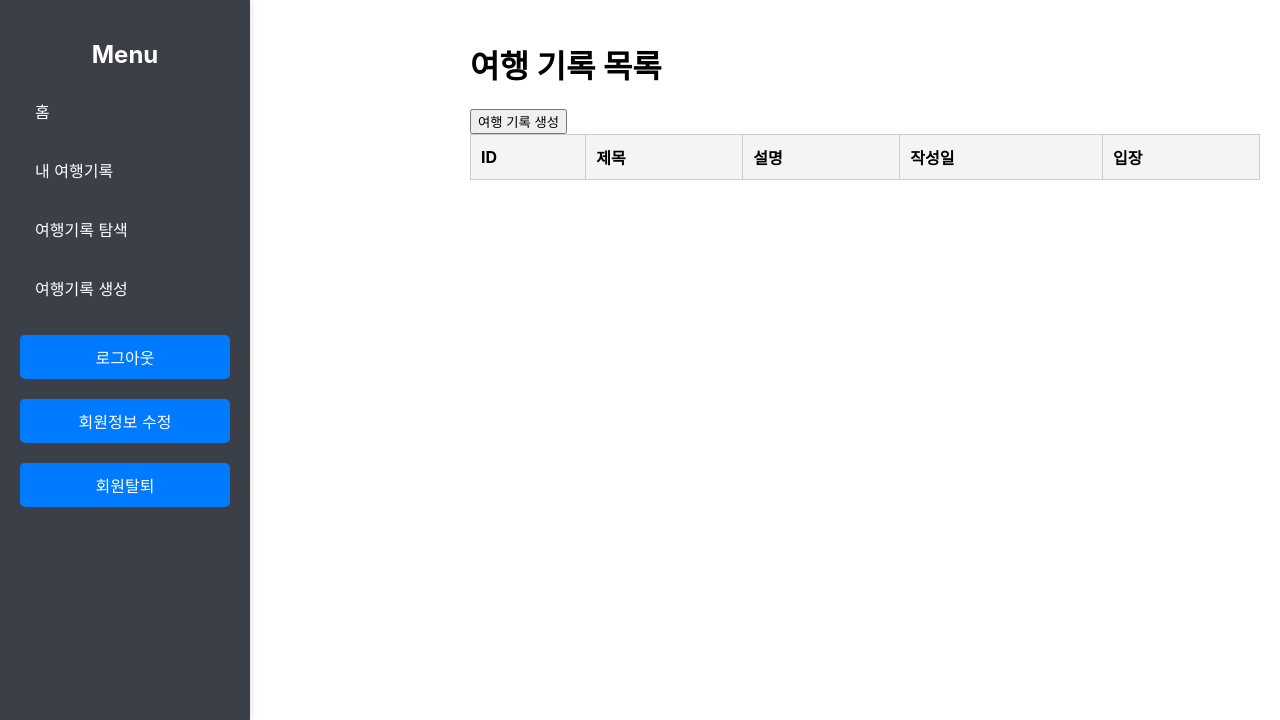
Repository: gimm5550/frontend2
Page: /mainlist
The author's editor kept a copy of each file at every save. The page is drawn from the files as they stood at one save, then again after the next save.
The browser window is 1280 px wide. The pictures show the whole page.
The page's requests for data from a server got no answer. The project was rebuilt for these pictures with package versions that can differ from the ones it lists, and the page was loaded fresh each time. No one was signed in, and anything a server would have sent is missing. Also part of the build but not shown: src/url.js, src/components/common/KakaoLoginButton.js, src/components/FromServer.js, src/components/common/Footer.js, src/components/common/Header.js, src/components/layout/LandingPageLayout.js, src/components/LoginForm.js, src/components/layout/LoginFormLayout.js and 22 more.

Above is the page before, as saved 2024-11-20 17:30:39.

### public/index.html
<!DOCTYPE html>
<html lang="en">
  <head>
    <meta charset="utf-8" />
    <link rel="icon" href="%PUBLIC_URL%/favicon.ico" />
    <meta name="viewport" content="width=device-width, initial-scale=1" />
    <meta name="theme-color" content="#000000" />
    <meta
      name="description"
      content="Web site created using create-react-app"
    />
    <link rel="apple-touch-icon" href="%PUBLIC_URL%/logo192.png" />
    <!--
      manifest.json provides metadata used when your web app is installed on a
      user's mobile device or desktop. See https://developers.google.com/web/fundamentals/web-app-manifest/
    -->
    <link rel="manifest" href="%PUBLIC_URL%/manifest.json" />
    <!--
      Notice the use of %PUBLIC_URL% in the tags above.
      It will be replaced with the URL of the `public` folder during the build.
      Only files inside the `public` folder can be referenced from the HTML.

      Unlike "/favicon.ico" or "favicon.ico", "%PUBLIC_URL%/favicon.ico" will
      work correctly both with client-side routing and a non-root public URL.
      Learn how to configure a non-root public URL by running `npm run build`.
    -->
    <title>React App</title>
    <script src="https://developers.kakao.com/sdk/js/kakao.min.js"></script> <!-- 카카오 SDK 추가 -->
  </head>
  <body>
    <noscript>You need to enable JavaScript to run this app.</noscript>
    <div id="root"></div>
    <!--
      This HTML file is a template.
      If you open it directly in the browser, you will see an empty page.

      You can add webfonts, meta tags, or analytics to this file.
      The build step will place the bundled scripts into the <body> tag.

      To begin the development, run `npm start` or `yarn start`.
      To create a production bundle, use `npm run build` or `yarn build`.
    -->
  </body>
</html>

### src/index.js
import React from 'react';
import ReactDOM from 'react-dom/client';
import './index.css';
import App from './App';
import reportWebVitals from './reportWebVitals';
import { BrowserRouter } from 'react-router-dom';
// 카카오 SDK 초기화
if (window.Kakao) {
  window.Kakao.init("629a046bf0fa611328bd69bc1571aa3a"); // 카카오 JavaScript 키로 SDK 초기화
  console.log("Kakao SDK initialized:", window.Kakao.isInitialized());
}
const root = ReactDOM.createRoot(document.getElementById('root'));
root.render(
  <React.StrictMode>
    <BrowserRouter>
      <App />
    </BrowserRouter>
  </React.StrictMode>
);

// If you want to start measuring performance in your app, pass a function
// to log results (for example: reportWebVitals(console.log))
// or send to an analytics endpoint. Learn more: https://bit.ly/CRA-vitals
reportWebVitals();

### src/App.js
import React from 'react';
import './App.css';
import { Route, Routes, useLocation } from 'react-router-dom';
import LandingPageLayout from './components/layout/LandingPageLayout';
import routes from './routes';
import { AuthProvider } from './AuthContext'; // AuthProvider import
import MenuBar from "./components/common/MenuBar";

function App() {
  const location = useLocation(); // React Router의 useLocation 훅 사용

  const getRoutes = (allRoutes) =>
    allRoutes.map((route) => {
      if (route.route) {
        return (
          <Route
            exact
            path={route.route}
            element={route.component}
            key={route.key}
          />
        );
      }
      return null;
    });
  // 로그인 페이지 여부 확인
  const isLoginPage = location.pathname === '/login';

  return (
    <div className="App">
      <AuthProvider>
        {/* Flexbox 컨테이너 */}
        <div className="layout">
          <div class="menu-bar">
            <MenuBar></MenuBar>
          </div>
          {/* 오른쪽 본문 */}
          <div className="main-content1" style={{
              width: isLoginPage ? '100%' : 'calc(100% - 200px)', // 메뉴바가 없을 때는 전체 폭 사용
              marginLeft: isLoginPage ? '0' : '200px', // 메뉴바가 없을 때는 여백 제거
            }}
>
            <Routes>
              {getRoutes(routes)}
              <Route path="*" element={<LandingPageLayout />} />
            </Routes>
          </div>
        </div>
      </AuthProvider>
    </div>
  );
}

export default App;

### src/App.css
/* 전체 Flexbox 레이아웃 */
.layout {
  display: flex; /* 메뉴바와 본문을 가로로 배치 */
  height: 100vh; /* 전체 화면 높이 */
  margin: 0;
  padding: 0;
  overflow: hidden; /* 스크롤바 숨김 */
}

/* 메뉴바 스타일 */
.menu-bar {
  flex-shrink: 0; /* 고정된 크기 유지 */
  width: 250px; /* 메뉴바 너비 */
  height: 100vh; /* 메뉴바 높이를 화면 전체에 맞춤 */
  background-color: #3b3f47; /* 메뉴바 배경색 */
  box-shadow: 2px 0 5px rgba(0, 0, 0, 0.1); /* 그림자 효과 */
  overflow: hidden; /* 스크롤바 완전히 제거 */
  box-sizing: border-box; /* 패딩 포함 크기 계산 */
  position: relative; /* Flexbox 레이아웃 안에서 위치 고정 */
  z-index: 10; /* 다른 요소 위에 배치 */
  color: #ffffff; /* 메뉴바 텍스트 색상 */
  display: flex;
  flex-direction: column; /* 항목을 세로로 정렬 */
  align-items: center; /* 항목을 왼쪽 정렬 */
  padding: 20px; /* 내부 여백 */
}

/* 메뉴 제목 스타일 */
.menu-bar h3 {
  margin: 0;
  padding: 0;
  font-size: 1.5rem;
  font-weight: bold;
  color: #ffffff; /* 제목 텍스트 색상 */
  margin-bottom: 20px; /* 아래 여백 추가 */
}

/* 메뉴 아이템 리스트 */
.menu-bar ul {
  list-style: none; /* 기본 리스트 스타일 제거 */
  padding: 0;
  margin: 0;
  width: 100%; /* 메뉴 리스트가 메뉴바의 전체 너비를 사용 */
}

/* 메뉴 아이템 스타일 */
.menu-bar ul li {
  margin-bottom: 15px; /* 각 메뉴 항목 간격 */
}

.menu-bar ul li a {
  text-decoration: none; /* 링크 밑줄 제거 */
  color: #ffffff; /* 링크 텍스트 색상 */
  font-size: 1rem;
  padding: 10px 15px; /* 링크 내부 여백 */
  border-radius: 5px; /* 링크 모서리를 둥글게 */
  display: block; /* 블록 요소로 설정 */
  transition: background-color 0.3s ease; /* 배경색 전환 효과 */
}

.menu-bar ul li a:hover {
  background-color: #5c5f67; /* 호버 시 배경색 변경 */
  color: #ffffff; /* 호버 시 텍스트 색상 유지 */
}

/* 메뉴바 버튼 스타일 */
.menu-bar button {
  width: 100%; /* 버튼이 메뉴바의 전체 너비를 사용 */
  margin: 10px 0; /* 버튼 간격 */
  padding: 10px 15px; /* 버튼 내부 여백 */
  font-size: 1rem;
  color: #ffffff; /* 버튼 텍스트 색상 */
  background-color: #007bff; /* 기본 배경색 (파란색) */
  border: none; /* 테두리 제거 */
  border-radius: 5px; /* 모서리를 둥글게 */
  cursor: pointer; /* 마우스 포인터 변경 */
  transition: background-color 0.3s ease; /* 배경색 전환 효과 */
}

.menu-bar button:hover {
  background-color: #0056b3; /* 호버 시 배경색 어둡게 */
}

/* 본문 영역 스타일 */
.main-content1 {
  flex: 1; /* 남은 공간을 유동적으로 채움 */
  overflow-y: auto; /* 세로 스크롤 허용 */
  padding: 20px; /* 내부 여백 */
  background-color: #ffffff; /* 본문 배경색 */
  box-sizing: border-box; /* 패딩 포함 크기 계산 */
}

/* 여백 제거 */
body, html {
  margin: 0;
  padding: 0;
  width: 100%;
  height: 100%;
}
.comments-section {
  margin: 20px auto;
  max-width: 10000px;
  padding: 20px;
  background-color: #f9f9f9;
  border-radius: 10px;
  box-shadow: 0 4px 10px rgba(0, 0, 0, 0.1);
}

.comments-title {
  font-size: 1.5rem;
  margin-bottom: 10px;
  color: #333;
}

.comments-list {
  list-style: none;
  padding: 0;
  margin: 0;
}

.comment-item {
  margin-bottom: 15px;
  padding: 10px;
  background: #fff;
  border-radius: 8px;
  box-shadow: 0 2px 5px rgba(0, 0, 0, 0.1);
}

.comment-header {
  display: flex;
  justify-content: space-between;
  margin-bottom: 5px;
  font-size: 0.9rem;
  color: #555;
}

.comment-author {
  font-weight: bold;
}

.comment-timestamp {
  font-size: 0.8rem;
  color: #999;
}

.comment-content {
  font-size: 1rem;
  color: #333;
  margin: 0;
}

.comment-form {
  display: flex;
  flex-direction: column;
  gap: 10px;
  margin-top: 20px;
}

.comment-input,
.comment-textarea {
  width: 100%;
  padding: 10px;
  border: 1px solid #ccc;
  border-radius: 5px;
  font-size: 1rem;
  background: #fff;
}

.comment-input:focus,
.comment-textarea:focus {
  outline: none;
  border-color: #007bff;
}

.comment-submit-button {
  align-self: flex-end;
  padding: 10px 20px;
  background-color: #007bff;
  color: white;
  border: none;
  border-radius: 5px;
  cursor: pointer;
  font-size: 1rem;
  transition: background-color 0.3s ease;
}

.comment-submit-button:hover {
  background-color: #0056b3;
}
.map-container {
  display: flex;
  width: 100%;
  height: 100vh; /* 화면 전체 높이 */
}

.google_map {
  flex: 1; /* 지도는 가변적으로 남은 공간을 차지 */
  height: 100%;
}

.place_info {
  width: 300px; /* 고정된 너비 */
  background-color: #f9f9f9;
  display: flex;
  justify-content: center;
  align-items: center;
  border-left: 1px solid #ccc; /* 지도와 구분선을 추가 */
  padding: 20px;
  box-sizing: border-box;
}

### src/routes.js
import LoginFormLayout from "./components/layout/LoginFormLayout";
import UserDetailLayout from "./components/layout/UserDetailLayout";
import RegisterFormLayout from "./components/layout/RegisterFormLayout";
import MainListLayout from "./components/layout/MainListLayout"; // community_detail
import CommunityDetailLauout from "./components/layout/community_detailLayout";
import NewCommunityLayout from "./components/layout/NewCommunityLayout";
import CommunityViewLayout from "./components/layout/CommunityViewLayout"; // AdminClient
import AdminClientLayout from "./components/layout/AdminClientLayout";
import EditFormLayout from "./components/layout/EditFormLayout";
import GoogleMapLayout from "./components/layout/GoogleMapLayout"; // MyTravelLayout
import MyTravelLayout from "./components/layout/MyTravelLayout";
import MyTravelLayout_BypolylineId from "./components/layout/MyTravelLayout_BypolylineId";
import TravelLayout from "./components/layout/TravelLayout";
const routes = [
    {
        name:"UserDetail",
        key:"userDetail",
        route:"/user-detail/:userId",
        component:<UserDetailLayout></UserDetailLayout>
    },
    {
        name:"LoginForm",
        key:"loginForm",
        route:"/login",
        component:<LoginFormLayout></LoginFormLayout>
    },
    {
        name:"RegisterForm",
        key:"RegisterForm",
        route:"/register",
        component:<RegisterFormLayout></RegisterFormLayout>
    },
    {
        name:"MainList",
        key:"MainList",
        route:"/mainlist",
        component:<MainListLayout></MainListLayout>
    },
    {
        name:"community_detail",
        key:"community_detail",
        route:"/community_detail",
        component:<CommunityDetailLauout></CommunityDetailLauout>
    },
    {
        name:"new_community",
        key:"new_community",
        route:"/new_community",
        component:<NewCommunityLayout></NewCommunityLayout>
    },
    {
        name:"CommunityView",
        key:"CommunityView",
        route:"/CommunityView",
        component:<CommunityViewLayout></CommunityViewLayout>
    },
    {
        name: "CommunityView",
        key: "communityView",
        route: "/CommunityView/:id", // ID를 URL 매개변수로 받도록 수정
        component: <CommunityViewLayout></CommunityViewLayout>
    },
    {
        name: "AdminClient",
        key: "AdminClient",
        route: "/AdminClient/:id", // ID를 URL 매개변수로 받도록 수정
        component: <AdminClientLayout></AdminClientLayout>
    },
    {
        name: "community_detail",
        key: "community_detail",
        route: '/community_detail/:id', // ID를 URL 매개변수로 받도록 수정
        component: <CommunityDetailLauout></CommunityDetailLauout>
    },
    {
        name: "new_community",
        key: "new_community",
        route: '/new_community/:id', // ID를 URL 매개변수로 받도록 수정 `/CommunityView/${id}/${communityId}`
        component: <NewCommunityLayout></NewCommunityLayout>
    },
    {
        name: "new_community",
        key: "new_community",
        route: '/CommunityView/:id/:communityId',
        component: <CommunityViewLayout></CommunityViewLayout>
    },
    {
        name:"EditForm",
        key:"EditForm",
        route:"/edit_info",
        component:<EditFormLayout></EditFormLayout>
    },
    {
        name:"GoogleMap",
        route: "/GoogleMap",
        component: <GoogleMapLayout />, // GoogleMapLayout 컴포넌트 연결
        key: "google-map",
    },
    {
        name:"MyTravel",
        route: "/MyTravel",
        component: <MyTravelLayout />, // GoogleMapLayout 컴포넌트 연결
        key: "MyTravel",
    },
    {
        name:"MyTravel_BypolylineId",
        route: "/MyTravel/:polylineId",
        component: <MyTravelLayout_BypolylineId />, // GoogleMapLayout 컴포넌트 연결
        key: "MyTravel_BypolylineId",
    },
    {
        name:"Travel",
        route: "/Travel",
        component: <TravelLayout />, // GoogleMapLayout 컴포넌트 연결
        key: "Travel",
    },
]
export default routes;

### src/AuthContext.js
import React, { createContext, useContext, useState } from 'react';

const AuthContext = createContext();

export const AuthProvider = ({ children }) => {
    const [user, setUser] = useState(null); // 로그인한 사용자 정보를 저장할 상태

    const login = (userData) => {
        setUser(userData); // 로그인 시 사용자 정보 저장
    };

    const logout = () => {
        setUser(null); // 로그아웃 시 사용자 정보 초기화
    };

    return (
        <AuthContext.Provider value={{ user, login, logout }}>
            {children}
        </AuthContext.Provider>
    );
};

// 사용자 정보를 가져오는 커스텀 훅
export const useAuth = () => {
    return useContext(AuthContext);
};

### src/components/common/MenuBar.js
import React, { useState, useEffect } from "react";
import { Link } from "react-router-dom";
import "../../App.css";
import { useNavigate } from "react-router-dom";
import api from "../../api";

const MenuBar = () => {
  const [isMenuOpen, setIsMenuOpen] = useState(true);
  const [user, setUser] = useState(null);
  const navigate = useNavigate();

  const handleLogout = () => {
    console.log("로그아웃 처리");
    localStorage.removeItem("user");
    navigate("/login");
  };

  useEffect(() => {
    const userData = JSON.parse(localStorage.getItem("user"));
    setUser(userData);
  }, []);

  const handleEditProfile = () => {
    console.log("회원정보 수정 페이지로 이동");
    navigate("/edit_info");
  };

  const handleDelete = () => {
    if (window.confirm("정말로 회원탈퇴를 하시겠습니까?")) {
      console.log("회원탈퇴 진행 중...");
      api
        .deleteUser(user.id)
        .then((response) => {
          console.log("회원탈퇴 성공:", response.data);
          alert("회원탈퇴가 완료되었습니다.");
          localStorage.removeItem("user");
          navigate("/login");
        })
        .catch((error) => {
          console.error("회원탈퇴 실패:", error);
          alert("회원탈퇴 처리 중 오류가 발생했습니다.");
        });
    }
  };

  return (
    <>
      {isMenuOpen && (
        <div className="menu-bar">
          <h3 className="menu-title">Menu</h3>
          <ul className="menu-list">
            <li className="menu-item">
              <Link to="/mainlist">홈</Link>
            </li>
            <li className="menu-item">
              <Link to="/MyTravel">내 여행기록</Link>
            </li>
            <li className="menu-item">
              <Link to="/Travel">여행기록 탐색</Link>
            </li>
            <li className="menu-item">
              <Link to="/GoogleMap">여행기록 생성</Link>
            </li>
          </ul>
          <button onClick={handleLogout}>로그아웃</button>
          <button onClick={handleEditProfile}>회원정보 수정</button>
          <button onClick={handleDelete}>회원탈퇴</button>
        </div>
      )}
    </>
  );
};

export default MenuBar;

### src/components/layout/CommonLayout.js
import Footer from "../common/Footer";
import Header from "../common/Header";
import MenuBar from "../common/MenuBar"; // MenuBar 컴포넌트 추가
// <MenuBar />
export default function CommonLayout({ children }) {
  return (
    <div className="common-layout">
      <div className="main-content2">
        {children}
      </div>
    </div>
  );
}

### src/components/layout/MainListLayout.js
import MainList from "../MainList";
import CommonLayout from "./CommonLayout";
export default function MainListLayout(){
    return<div>
            <CommonLayout>
                <MainList></MainList>
            </CommonLayout>
        </div>

}

### src/MainList.css
table {
    width: 100%;
    border-collapse: collapse; /* 경계선 겹치지 않도록 설정 */
}

th, td {
    border: 1px solid #ccc; /* 테두리 색상 */
    padding: 10px; /* 여백 */
    text-align: left; /* 왼쪽 정렬 */
}

th {
    background-color: #f4f4f4; /* 헤더 배경색 */
}

tr:hover {
    background-color: #f1f1f1; /* 마우스 오버 시 배경색 */
}
.popup-overlay {
    position: fixed;
    top: 0;
    left: 0;
    right: 0;
    bottom: 0;
    background: rgba(0, 0, 0, 0.5); /* 반투명 배경 */
    display: flex;
    justify-content: center;
    align-items: center;
    z-index: 1000; /* 다른 요소들 위에 위치하게 */
}

.popup {
    background: white;
    padding: 20px;
    border-radius: 5px;
    box-shadow: 0 2px 10px rgba(0, 0, 0, 0.1);
}

label {
    display: block;
    margin-bottom: 10px;
}

input {
    width: 100%;
    padding: 8px;
    margin-top: 5px;
    box-sizing: border-box; /* padding 포함해서 사이즈 조정 */
}
/* MainList.css */

/* 전체 컨테이너 스타일 */
.community-view {
    max-width: 800px; /* 최대 너비 */
    margin: 20px auto; /* 중앙 정렬 */
    padding: 20px; /* 안쪽 여백 */
    border: 1px solid #e0e0e0; /* 테두리 */
    border-radius: 8px; /* 모서리 둥글게 */
    background-color: #ffffff; /* 배경색 */
    box-shadow: 0 2px 10px rgba(0, 0, 0, 0.1); /* 그림자 */
}

/* 제목 스타일 */
.community-view h1 {
    font-size: 2rem; /* 큰 제목 크기 */
    color: #333; /* 제목 색상 */
    margin-bottom: 15px; /* 아래 여백 */
}

/* 부제목 스타일 */
.community-view h2 {
    font-size: 1.5rem; /* 부제목 크기 */
    color: #555; /* 부제목 색상 */
    margin: 10px 0; /* 위아래 여백 */
}

/* 본문 스타일 */
.community-view p {
    font-size: 1rem; /* 본문 크기 */
    color: #666; /* 본문 색상 */
    line-height: 1.5; /* 줄 간격 */
    margin-bottom: 20px; /* 아래 여백 */
}

/* 댓글 목록 스타일 */
.community-view ul {
    list-style-type: none; /* 기본 목록 스타일 제거 */
    padding: 0; /* 기본 여백 제거 */
}

.community-view li {
    background-color: #f9f9f9; /* 댓글 배경 색상 */
    border: 1px solid #e0e0e0; /* 댓글 테두리 */
    border-radius: 5px; /* 댓글 모서리 둥글게 */
    padding: 10px; /* 댓글 안쪽 여백 */
    margin-bottom: 10px; /* 댓글 사이 여백 */
}

/* 댓글 작성 입력창 스타일 */
.community-view input[type="text"] {
    width: 100%; /* 너비 100% */
    padding: 10px; /* 안쪽 여백 */
    border: 1px solid #ccc; /* 테두리 */
    border-radius: 5px; /* 모서리 둥글게 */
    margin-bottom: 10px; /* 아래 여백 */
}

/* 댓글 추가 버튼 스타일 */
.community-view button {
    padding: 10px 15px; /* 안쪽 여백 */
    background-color: #4CAF50; /* 버튼 배경 색상 */
    color: white; /* 글자 색상 */
    border: none; /* 테두리 없음 */
    border-radius: 5px; /* 모서리 둥글게 */
    cursor: pointer; /* 마우스 커서 */
    transition: background-color 0.3s; /* 배경 색상 변화 효과 */
}

.community-view button:hover {
    background-color: #45a049; /* 호버 시 색상 변화 */
}

/* 오류 메시지 스타일 */
.error-message {
    color: red; /* 오류 메시지 색상 */
    font-weight: bold; /* 굵게 */
    margin-bottom: 15px; /* 아래 여백 */
}

/* MainList.css */

/* 전체 컨테이너 스타일 */
.admin-client-container {
    display: flex;
    justify-content: space-between;
    padding: 20px;
}

/* 각 목록 박스 스타일 */
.client-box {
    flex: 1;
    margin: 0 10px; /* 좌우 여백 */
    border: 1px solid #ccc;
    border-radius: 8px;
    padding: 15px;
    background-color: #f9f9f9; /* 연한 배경색 */
    box-shadow: 0 2px 4px rgba(0, 0, 0, 0.1); /* 그림자 효과 */
}

/* 제목 스타일 */
.client-box h2 {
    text-align: center;
    color: #333; /* 제목 색상 */
}

/* 목록 아이템 스타일 */
.client-item {
    display: flex;
    justify-content: space-between;
    align-items: center;
    padding: 8px 0; /* 위아래 여백 */
    border-bottom: 1px solid #eee; /* 구분선 */
}

/* 마지막 아이템 구분선 제거 */
.client-item:last-child {
    border-bottom: none;
}

/* 버튼 스타일 */
.client-item button {
    background-color: #007bff; /* 버튼 색상 */
    color: white;
    border: none;
    border-radius: 5px;
    padding: 5px 10px;
    cursor: pointer;
    transition: background-color 0.3s; /* 색상 변화 효과 */
}

.client-item button:hover {
    background-color: #0056b3; /* 호버 시 색상 변화 */
}

/* 오류 메시지 스타일 */
.error-message {
    color: red; /* 오류 메시지 색상 */
    text-align: center; /* 가운데 정렬 */
    margin-bottom: 10px; /* 아래쪽 여백 */
}

Loaded but not shown: src/index.css (common file); src/reportWebVitals.js (common file); src/api.js (245 lines, source omitted); src/components/MainList.js (115 lines, source omitted)

After the next save:
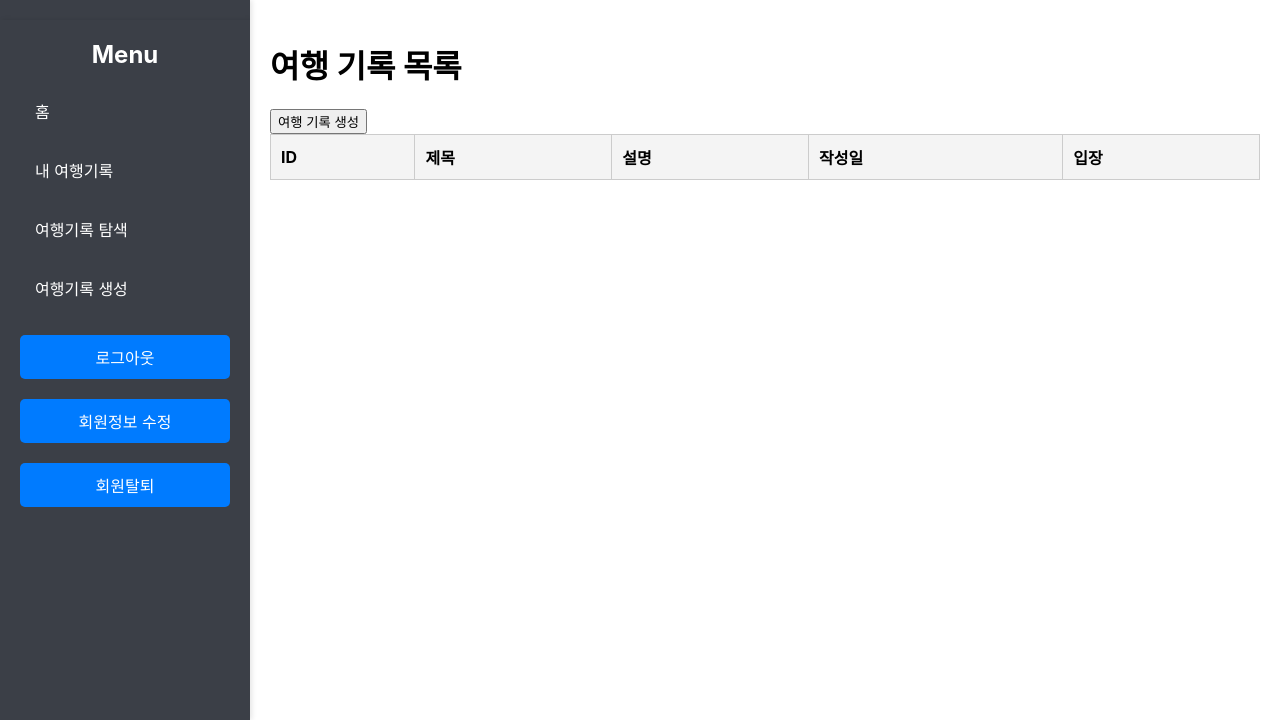
Saved 49 s later.
--- a/src/App.js
+++ b/src/App.js
@@ -37,7 +37,7 @@
           {/* 오른쪽 본문 */}
           <div className="main-content1" style={{
               width: isLoginPage ? '100%' : 'calc(100% - 200px)', // 메뉴바가 없을 때는 전체 폭 사용
-              marginLeft: isLoginPage ? '0' : '200px', // 메뉴바가 없을 때는 여백 제거
+              marginLeft: isLoginPage ? '0' : '0', // 메뉴바가 없을 때는 여백 제거
             }}
 >
             <Routes>

After the save that followed:
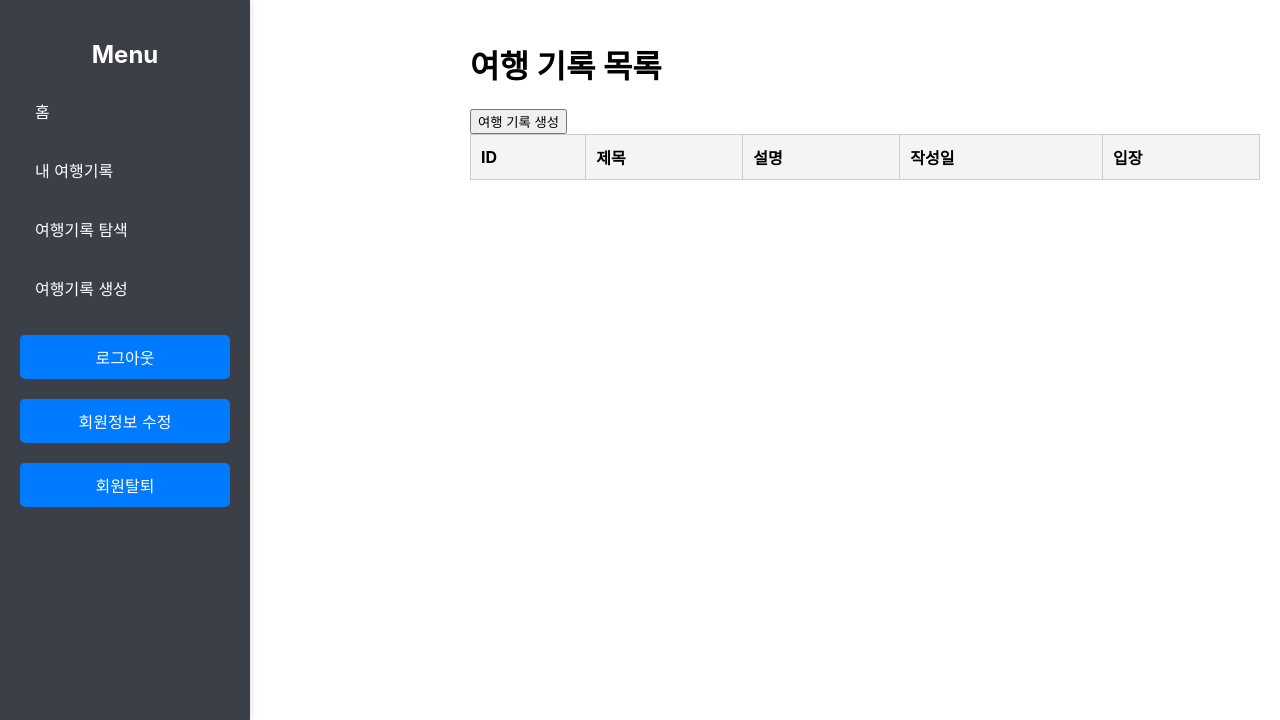
Saved 12 s later.
--- a/src/App.js
+++ b/src/App.js
@@ -37,7 +37,7 @@
           {/* 오른쪽 본문 */}
           <div className="main-content1" style={{
               width: isLoginPage ? '100%' : 'calc(100% - 200px)', // 메뉴바가 없을 때는 전체 폭 사용
-              marginLeft: isLoginPage ? '0' : '0', // 메뉴바가 없을 때는 여백 제거
+              marginLeft: isLoginPage ? '0' : '200px', // 메뉴바가 없을 때는 여백 제거
             }}
 >
             <Routes>
